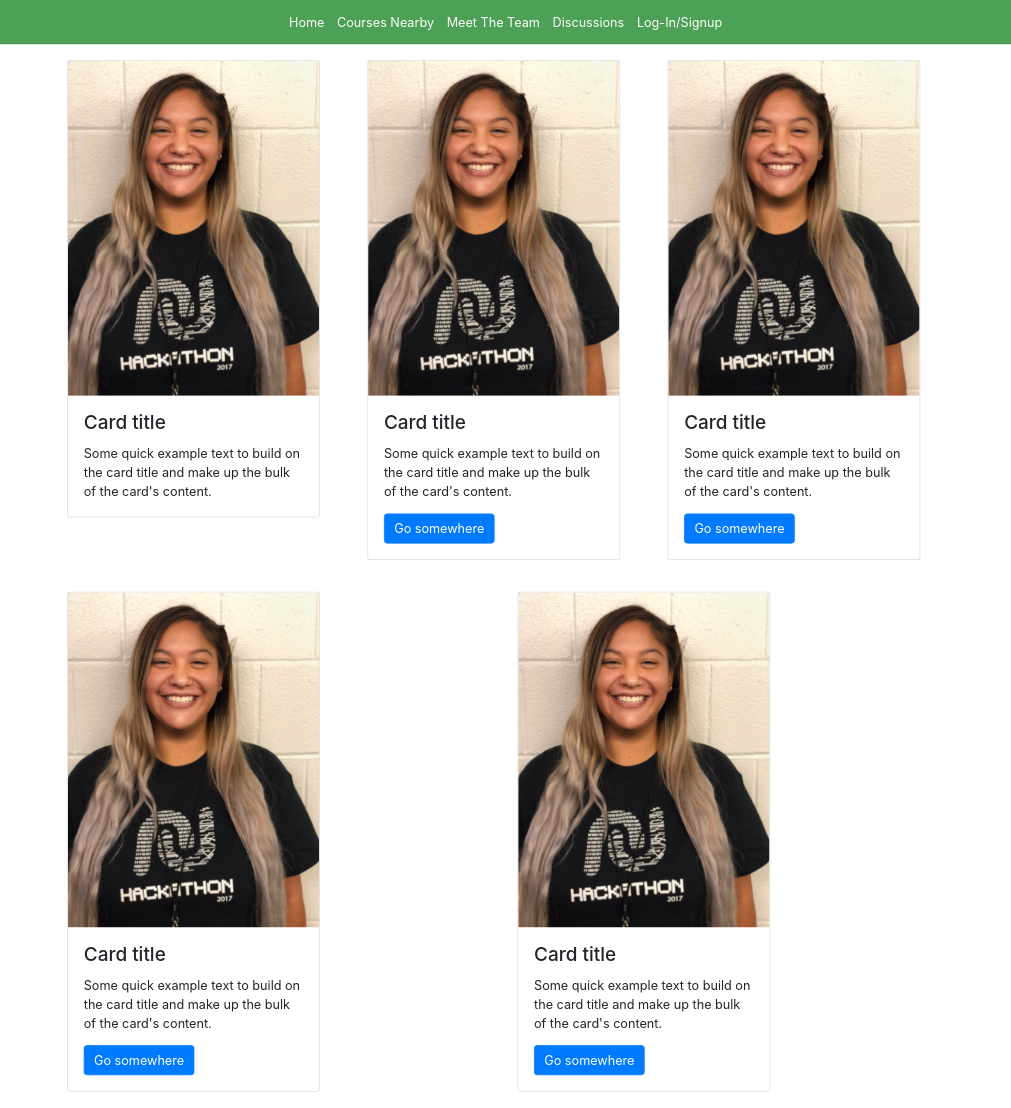
Repository: SamanthaBurnett/Hackathon2017
Page: meet_the_team.html
The author's editor kept a record of every edit. The page is drawn from the files as they stood at one moment, then again after the next edit.
The browser window is 1280 px wide. The pictures show the whole page, at 79% of full size.
Some web fonts or font styles are not loaded; a fallback is used.

Above is the page before.

### meet_the_team.html
<!DOCTYPE html>
<html>
  <head>
    <title>Meet The Team</title>
	<!--Required Meta Tags-->
	<meta charset="UTF-8">
	<meta name="viewport" content="width=device-width, initial-scale=1, shrink-to-fit=no">
	<!--Bootstrap 4-->
	<link rel="stylesheet" href="https://maxcdn.bootstrapcdn.com/bootstrap/4.0.0-beta.2/css/bootstrap.min.css" integrity="sha384-PsH8R72JQ3SOdhVi3uxftmaW6Vc51MKb0q5P2rRUpPvrszuE4W1povHYgTpBfshb" crossorigin="anonymous">
	<!--Custom Styles-->
	<link rel="stylesheet" type="text/css" href="assets/stylesheets/styles.css">
  </head>
  <body>
    <nav class="navbar navbar-expand-lg navbar-light bg-light">
        <button class="navbar-toggler" type="button" data-toggle="collapse" data-target="#navbarSupportedContent" aria-controls="navbarSupportedContent" aria-expanded="false" aria-label="Toggle navigation">
            <span class="navbar-toggler-icon"></span>
        </button>

        <div class="collapse navbar-collapse justify-content-center" id="navbarSupportedContent">
            <ul class="navbar-nav">
              <li class="nav-item">
                <a class="nav-link" href="index.html">Home</a>
              </li>
              <li class="nav-item">
                <a class="nav-link" href="coursesnearby.html">Courses Nearby</a>
              </li>
              <li class="nav-item">
                  <a class="nav-link" href="meet_the_team.html">Meet The Team</a>
              </li>
              <li class="nav-item">
                  <a class="nav-link" href="discussions.html">Discussions</a>
              </li>
              <li class="nav-item">
              <a class="nav-link" href="signin.html">Log-In/Signup</a>
              </li>
            </ul>
          </div>
     </nav>
     <div class="container">
       <div class="row">
         <div class="col">
           <div class="card" style="width: 20rem;">
            <img class="card-img-top" src="assets/images/Erika.JPG" alt="Card image cap">
            <div class="card-body">
              <h4 class="card-title">Card title</h4>
              <p class="card-text">Some quick example text to build on the card title and make up the bulk of the card's content.</p>
            </div><!--end card-body-->
          </div><!--end card-->
         </div><!--end col-->
         <div class="col">
           <div class="card" style="width: 20rem;">
            <img class="card-img-top" src="assets/images/Erika.JPG" alt="Card image cap">
            <div class="card-body">
              <h4 class="card-title">Card title</h4>
              <p class="card-text">Some quick example text to build on the card title and make up the bulk of the card's content.</p>
              <a href="#" class="btn btn-primary">Go somewhere</a>
            </div><!--end card-body-->
          </div><!--end card-->
         </div><!--end col-->
         <div class="col">
           <div class="card" style="width: 20rem;">
            <img class="card-img-top" src="assets/images/Erika.JPG" alt="Card image cap">
            <div class="card-body">
              <h4 class="card-title">Card title</h4>
              <p class="card-text">Some quick example text to build on the card title and make up the bulk of the card's content.</p>
              <a href="#" class="btn btn-primary">Go somewhere</a>
            </div><!--end card-body-->
          </div><!--end card-->
         </div><!--end col-->
         <div class="col">
           <div class="card" style="width: 20rem;">
            <img class="card-img-top" src="assets/images/Erika.JPG" alt="Card image cap">
            <div class="card-body">
              <h4 class="card-title">Card title</h4>
              <p class="card-text">Some quick example text to build on the card title and make up the bulk of the card's content.</p>
              <a href="#" class="btn btn-primary">Go somewhere</a>
            </div><!--end card-body-->
          </div><!--end card-->
         </div><!--end col-->
         <div class="col">
           <div class="card" style="width: 20rem;">
            <img class="card-img-top" src="assets/images/Erika.JPG" alt="Card image cap">
            <div class="card-body">
              <h4 class="card-title">Card title</h4>
              <p class="card-text">Some quick example text to build on the card title and make up the bulk of the card's content.</p>
              <a href="#" class="btn btn-primary">Go somewhere</a>
            </div><!--end card-body-->
          </div><!--end card-->
         </div><!--end col-->
       </div><!--end row-->
     </div><!--end container-->



  </body>
</html>

### assets/stylesheets/styles.css
@import url('https://fonts.googleapis.com/css?family=Electrolize');


.font-headings{
  font-family: 'Electrolize', sans-serif;
  color: blue;
  text-shadow: 2px 2px #FFF;
  text-align: center;
}

/*----------------------------Navigation Styles------------------------------*/
.bg-light {
    background-color: #4CA156!important;
}

.navbar-light .navbar-nav .nav-link, .navbar-light .navbar-nav .nav-link:hover {
    color: white;
}
/*------------------------------Landing Page Styles--------------------------*/

#landing-header {
    z-index: 1;
    position: relative;
    text-align: center;
    padding-top: 40vh;
		background-size: cover;
		background-repeat: no-repeat;
	    -webkit-background-size: cover;
        -moz-background-size: cover;
        -o-background-size: cover;
}

#landing-header h1, #landing-header h2 {
    color: white;
    font-size: 45px;
    text-shadow: 0px 4px 3px rgba(0,0,0,0.4),
	         0px 8px 13px rgba(0,0,0,0.1),
			 0px 18px 23px rgba(0,0,0,0.1);
}

.landingbtn, .landingbtn:hover, landingbtn:visited, landingbtn:active {
  margin-top: 10px;
  padding: 10px 40px;
  border-radius: 5px;
  margin-bottom: 20px;
  background:
		linear-gradient(
			rgba(17, 89, 28, 0.45),
			rgba(17, 148, 138, 0.50)
		);
}

.heroSlide {
  width: 100%;
  height: 100%;
  position: absolute;
  list-style: none;
  margin: 0;
  padding: 0;
}


/*.heroSlide li { */
/*  width: 100%;*/
/*  height: 100%;*/
/*  position: absolute;*/
/*  background-size: cover;*/
/*  background-repeat: no-repeat;*/
/*  opacity: 0;*/
/*  animation: imageAnimation 20s linear infinite;*/
/*}*/

.heroSlide li:nth-child(1) {
    background:
		linear-gradient(
			rgba(17, 89, 28, 0.45),
			rgba(17, 148, 138, 0.50)
		),
  url(../images/teamimg1.jpg);
  width: 100%;
  height: 100%;
  position: absolute;
  background-size: cover;
  background-repeat: no-repeat;
  opacity: 0;
  animation: imageAnimation 20s linear infinite;

}
.heroSlide li:nth-child(2) {
    background:
		linear-gradient(
			rgba(17, 89, 28, 0.45),
			rgba(17, 148, 138, 0.50)
		),
  url(../images/teamimg2.jpg);
  width: 100%;
  height: 100%;
  position: absolute;
  background-size: cover;
  background-repeat: no-repeat;
  opacity: 0;
  animation-delay: 5s;
  animation: imageAnimation 20s linear infinite;
}
.heroSlide li:nth-child(3) {
    background:
		linear-gradient(
			rgba(17, 89, 28, 0.45),
			rgba(17, 148, 138, 0.50)
		),
  url(../images/teamimg3.jpg);
  width: 100%;
  height: 100%;
  position: absolute;
  background-size: cover;
  background-repeat: no-repeat;
  opacity: 0;
  animation-delay: 10s;
  animation: imageAnimation 20s linear infinite;
}

@keyframes imageAnimation {
  0% {
    opacity: 0;
    animation-timing-function: ease-in;
  }
  10% {
    opacity: 1;
    animation-timing-function: ease-out;
  }
  20% {
    opacity: 1
  }
  30% {
    opacity: 1
  }
}

/*---------------------Index Styles--------------------------------------*/

.maincontent h1 {
  padding-bottom: 40px;
}


.WhatCanYouDo, .contentAndTrending {
    margin-top: 100px;
    margin-bottom: 100px;
}

.WhatCanYouDo i {
    color: black;
}

/*---------------------------Content and Trending Styles----------------*/

.maincontent {
    position: relative;
}

.contentAndTrending .col {
    margin: 20px;
}






/*-------------------------Meet The Team Styles----------------------------*/

.meetTheTeam h1 {
  margin-top: 30px;
}
.card {
  margin-bottom: 20px;
  margin-top: 20px;
}










/*------------------------Discussions----------------------*/
.main-box{
  margin:10px;
  height:200px;
  display:flex;
  justify-content:center;
}

.photo-box{
  margin:10px;
  padding:5px;
  height:80px;
  width:90px;
  border:2px solid #4CA156;
  display:flex;
  justify-content: flex-start;
  align-items: center;
  background-color:#FFFFFF;
}

.photo-box i {
  color: black;
  align-items: center;
}

.text-box{
  margin:10px;
  padding:10px;
  height:150px;
  width:800px;
  background-color:#FFFFFF;
  border:2px solid #4CA156;
}

/*------------------------COURSES NEARBY----------------------*/
.center-div
{
   margin: 0 auto;
   width: 100px;
}

.text-center{
  font-family:'Electrolize', sans-serif;

}


/*----------------------------Sign In Form Styles--------------------*/

.form-row {
  padding-top: 20px;
  padding-bottom: 20px;
}

.form-control:focus {
  border: 3px solid #4CA156;
  outline: none;
  box-shadow: none;
}

.maincontent h1 {
  margin-top: 30px;
}

.maincontent h4 {
  margin-bottom: 30px;
}

/*--------------------------Footer Styles-------------------------*/
footer {
    background-color: #4CA156;
}

i {
    color: white;
    padding: 30px 15px;
}

After the next edit:
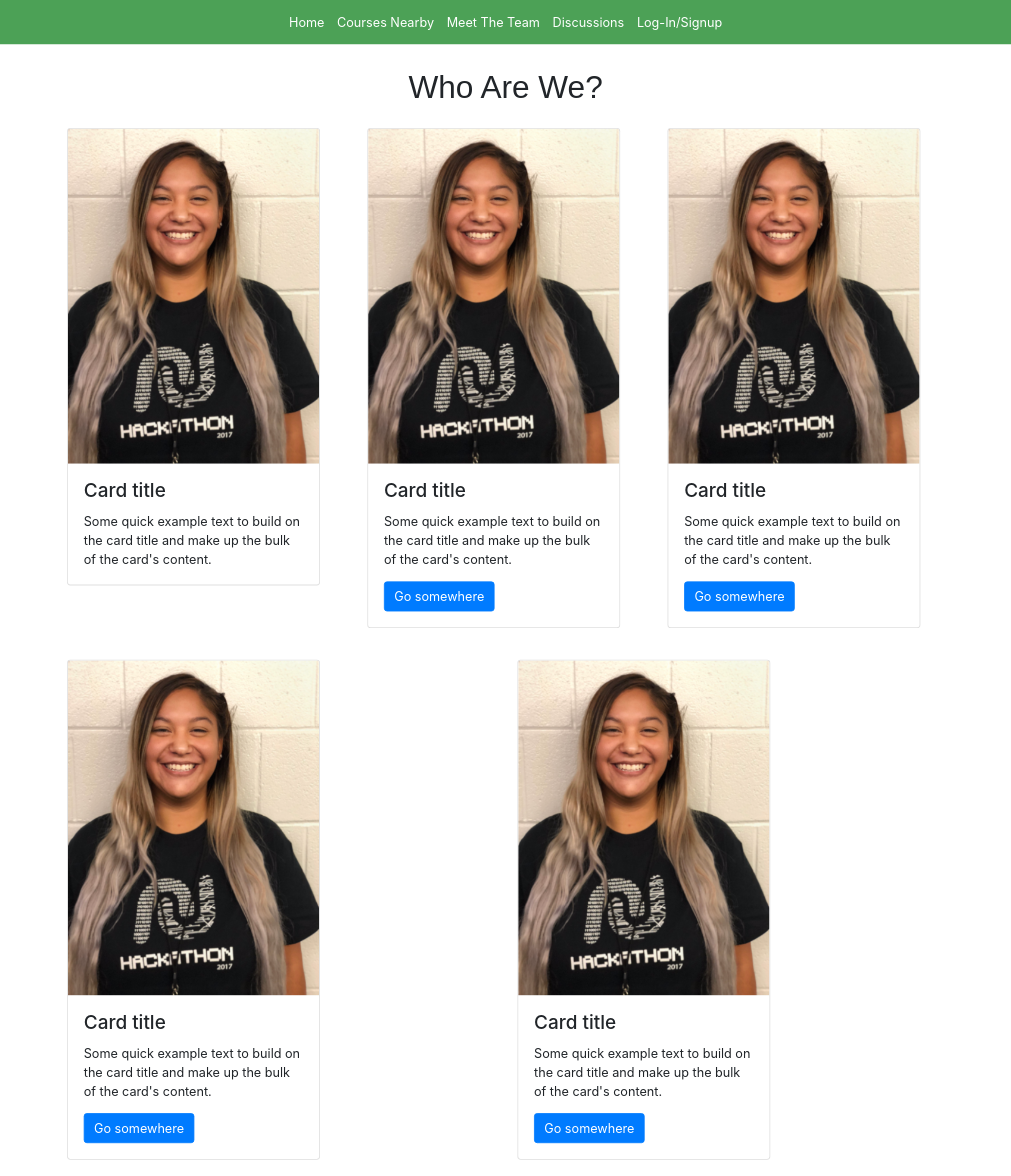
The edit:
--- a/meet_the_team.html
+++ b/meet_the_team.html
@@ -36,7 +36,8 @@
             </ul>
           </div>
      </nav>
-     <div class="container">
+     <div class="container meetTheTeam">
+       <h1 class="text-center">Who Are We?</h1>
        <div class="row">
          <div class="col">
            <div class="card" style="width: 20rem;">
